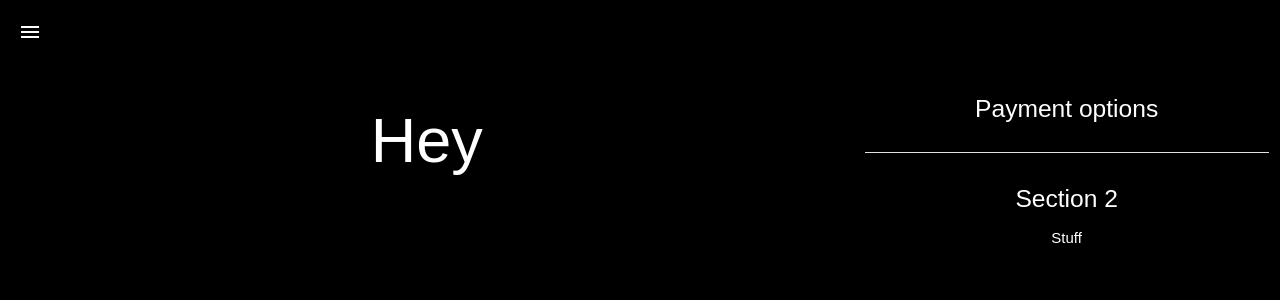
Repository: Ajtheult/final-project
Page: /cart
These files come from the project's save history. The page is drawn as it stood at one moment and after the next save; the edit follows.
The browser window is 1280 px wide. The pictures show the whole page.
Some web fonts or font styles are not loaded; a fallback is used. Some web libraries are served in a nearby version. The project was rebuilt for these pictures with package versions that can differ from the ones it lists, and the page was loaded fresh each time. Also part of the build but not shown: src/layout/pages/LandingPage.js, src/layout/pages/About.js, src/layout/pages/catalogue/Keys.js, src/layout/pages/catalogue/String.js, src/layout/pages/catalogue/Woodwind.js, src/layout/pages/catalogue/Percussion.js, src/layout/pages/login/Login.js, src/layout/pages/login/NewSignUp.js.

Above is the page before, as saved 2020-07-23 10:26:05.

### public/index.html
<!DOCTYPE html>
<html lang="en">
  <head>
    <meta charset="utf-8" />
    <link rel="icon" type="image/png" href="favicon.png" />
    <meta name="viewport" content="width=device-width, initial-scale=1" />
    <meta name="theme-color" content="#000000" />
    <meta
      name="description"
      content="Web site created using create-react-app"
    />

    <link rel="manifest" href="%PUBLIC_URL%/manifest.json" />

    <link
      rel="stylesheet"
      href="https://fonts.googleapis.com/icon?family=Material+Icons"
    />
    <link
      rel="stylesheet"
      href="https://cdnjs.cloudflare.com/ajax/libs/animate.css/4.0.0/animate.min.css"
    />
    <link
      href="https://fonts.googleapis.com/css2?family=Gruppo&family=Qwigley&display=swap"
      rel="stylesheet"
    />

    <title>Ling Ling 40 Hours</title>
  </head>
  <body>
    <noscript>You need to enable JavaScript to run this app.</noscript>
    <div id="root"></div>
  </body>
</html>

### src/index.js
import React from "react";
import ReactDOM from "react-dom";

import "materialize-css/dist/css/materialize.min.css";

import App from "./App";

ReactDOM.render(
  <React.StrictMode>
    <App />
  </React.StrictMode>,
  document.getElementById("root")
);

### src/App.js
import React from "react";
import "./App.css";
import Navbar from "./layout/nav/Navbar";
import LandingPage from "./layout/pages/LandingPage";
import About from "./layout/pages/About";
import Keys from "./layout/pages/catalogue/Keys";
import String from "./layout/pages/catalogue/String";
import Woodwind from "./layout/pages/catalogue/Woodwind";
import Percussion from "./layout/pages/catalogue/Percussion";
import Login from "./layout/pages/login/Login";
import Cart from "./layout/pages/Cart";
import NewSignUp from "./layout/pages/login/NewSignUp";

import { BrowserRouter as Router, Switch, Route } from "react-router-dom";

function App() {
  return (
    <Router>
      <div className="App">
        <Navbar />
        <Switch>
          <Route path="/" exact component={LandingPage} />
          <Route path="/about" component={About} />
          <Route path="/login" component={Login} />
          <Route path="/cart" component={Cart} />
          <Route path="/keys" component={Keys} />
          <Route path="/string" component={String} />
          <Route path="/woodwind" component={Woodwind} />
          <Route path="/percussion" component={Percussion} />
          <Route path="/new-sign-up" component={NewSignUp} />
        </Switch>
      </div>
    </Router>
  );
}

export default App;

### src/App.css
.App {
  text-align: center;
}

/* The text colour is white thats why its not showing */

.text-nav {
  margin-left: 55%;
  font-size: 25px;
}

.a-text-nav {
  font-size: 25px;
}

.size {
  font-size: 30px;
}

img.bg {
  /* Set rules to fill background */
  min-height: 100%;
  min-width: 1024px;

  /* Set up proportionate scaling */
  width: 100%;
  height: auto;

  /* Set up positioning */
  position: fixed;
  top: 0;
  left: 0;
  z-index: -1;
}

div.admin-bg {
  /* Set rules to fill background */
  min-height: 100%;
  min-width: 1024px;

  /* Set up proportionate scaling */
  width: 100%;
  height: auto;

  /* Set up positioning */
  position: fixed;
  top: 0;
  left: 0;
  z-index: -1;
  background-color: black;
}

@media screen and (max-width: 1024px) {
  /* Specific to this particular image */
  img.bg {
    left: 50%;
    margin-left: -512px; /* 50% */
  }

  div.admin-bg {
    left: 50%;
    margin-left: -512px; /* 50% */
  }
}

h1,
h2,
h3,
h4,
h5,
h6,
p {
  color: white;
}

.myback {
  height: 220px;
  width: 300px;
}

.centered {
  position: absolute;
  top: 40%;
  left: 50%;
  transform: translate(-50%, -50%);
  font-size: 140px;
  font-family: "Qwigley", cursive;
  color: rgb(255, 255, 255);
}
/* Login-Start */
body {
  font-family: sans-serif;
  background-color: black;
  background-size: cover;
}

.sign {
  text-align: left;
  margin-left: 20px;
  font-size: 22px;
  font-family: serif;
  color: black;
}
.my_login-box {
  width: 300px;
  position: absolute;
  top: 50%;
  left: 50%;
  transform: translate(-50%, -50%);
}

.my_login-box h1 {
  font-size: 30px;
  margin-bottom: 30px;
  padding: 5px;
  font-family: Times, serif;
  color: black;
}

.my_textbox {
  width: 100%;
  overflow: hidden;
  font-size: 20px;
  padding: 8px;
  margin: 8px;
}

.my_textbox input {
  border: none;
  outline: none;
  background: none;
  color: white;
  font-size: 18px;
  width: 80%;
  float: left;
  margin: 0 10px;
}

.my_btn {
  width: 100%;
  background-color: black;
  border: 10px solid black;
  color: rgb(255, 255, 255);
  padding: 5px;
  font-size: 18px;
  cursor: pointer;
  margin: 12px;
}
/* Login-End */

.colour_of_about_text {
  color: white;
  font-size: 30px;
}

.text-colour {
  color: black;
}

.move_down {
  margin-top: 50%;
}

.card_text_colour {
  color: black;
  font-size: 18px;
  text-align: left;
}

.price {
  margin-top: -10px;
  text-align: left;
}

.cart-btn {
  margin-top: 10px;
}

.headings_popup {
  text-align: left;
}

.instrument_sections {
  color: black;
  font-family: "Qwigley", cursive;
  font-size: 80px;
  margin-top: -5px;
  text-shadow: 2px 0 0 #fff, -2px 0 0 #fff, 0 2px 0 #fff, 0 -2px 0 #fff,
    1px 1px #fff, -1px -1px 0 #fff, 1px -1px 0 #fff, -1px 1px 0 #fff;
}

.about {
  font-family: "Qwigley", cursive;
  font-size: 180px;
  color: black;
  text-shadow: 2px 0 0 #fff, -2px 0 0 #fff, 0 2px 0 #fff, 0 -2px 0 #fff,
    1px 1px #fff, -1px -1px 0 #fff, 1px -1px 0 #fff, -1px 1px 0 #fff;
}

.questions {
  font-family: "Gruppo", cursive;
}

.move_this_up {
  margin-top: -10px;
}

.move_my_products {
  margin-top: -70px;
}

.about_us_move {
  margin-left: 50%;
  margin-top: 19%;
  position: absolute;
  padding: 20px;
  transform: translate(-50%, -50%);
}

.gender_colour {
  color: black;
}

.the_container {
  width: 50%;
}

.move_this_row {
  margin-top: -80px;
}

.sign_up_head {
  font-family: "Qwigley", cursive;
  font-size: 100px;
  color: black;
  text-shadow: 2px 0 0 #fff, -2px 0 0 #fff, 0 2px 0 #fff, 0 -2px 0 #fff,
    1px 1px #fff, -1px -1px 0 #fff, 1px -1px 0 #fff, -1px 1px 0 #fff;
}

### src/layout/nav/Navbar.js
/* eslint-disable jsx-a11y/anchor-is-valid */
import React, { Component } from "react";
import M from "materialize-css/dist/js/materialize.min.js";
import "../../App.css";
import logo from "./logo.jpg";
import mybackground from "./mybackground.jpg";
import { Link } from "react-router-dom";

export class Navbar extends Component {
  componentDidMount() {
    document.addEventListener("DOMContentLoaded", function () {
      var elems = document.querySelectorAll(".sidenav");
      // eslint-disable-next-line
      var instances = M.Sidenav.init(elems, {});
    });
  }

  render() {
    return (
      <div>
        <nav>
          <div className="nav-wrapper black">
            <a
              data-target="slide-out"
              className="sidenav-trigger show-on-large"
            >
              <i className="material-icons">menu</i>
            </a>
          </div>
        </nav>
        <ul id="slide-out" className="sidenav">
          <li>
            <div className="user-view">
              <div className="background">
                <img src={mybackground} className="myback" alt="background" />
              </div>
              <a href="/">
                <img className="circle" src={logo} alt="logo" />
              </a>

              <span className="white-text name size">40 hours</span>
              <br />
            </div>
          </li>
          <Link to="/">
            <li>Home</li>
          </Link>
          <Link to="/about">
            <li>About Us</li>
          </Link>
          <li>
            <div className="divider"></div>
          </li>

          <li>
            <div className="subheader">User</div>
          </li>

          <Link to="/login">
            <li>Login</li>
          </Link>
          <Link to="/new-sign-up">
            <li>Sign up</li>
          </Link>

          <Link to="/cart">
            <li>Cart</li>
          </Link>
          <li>
            <div className="divider"></div>
          </li>

          <li>
            <div className="subheader">Catalogue</div>
          </li>

          <Link to="/keys">
            <li>Keys</li>
          </Link>
          <Link to="/string">
            <li>String</li>
          </Link>
          <Link to="/woodwind">
            <li>Woodwind</li>
          </Link>
          <Link to="/percussion">
            <li>Percussion</li>
          </Link>
          <li>
            <div className="divider"></div>
          </li>
          <li>
            <div className="subheader">My Portfolio</div>
          </li>
          <li>
            <a
              className="waves-effect"
              href="https://ajtheult.github.io/portfolio-v3/"
            >
              Asaph Franks
            </a>
          </li>
        </ul>
      </div>
    );
  }
}

export default Navbar;

### src/layout/pages/Cart.js
import React from "react";

const Cart = () => {
  return (
    <div className="">
      <div class="row">
        <div class="col s8">
          <h1>Hey</h1>
        </div>

        <div class="col s4">
          <div class="section">
            <h5>Payment options</h5>
            <p className="white">
              <i class="fab fa-cc-paypal"></i>
              <i class="fab fa-cc-visa"></i>
              {/* paypal, visa */}
            </p>
          </div>
          <div class="divider"></div>
          <div class="section">
            <h5>Section 2</h5>
            <p>Stuff</p>
          </div>
        </div>
      </div>
    </div>
  );
};

export default Cart;

After the next save:
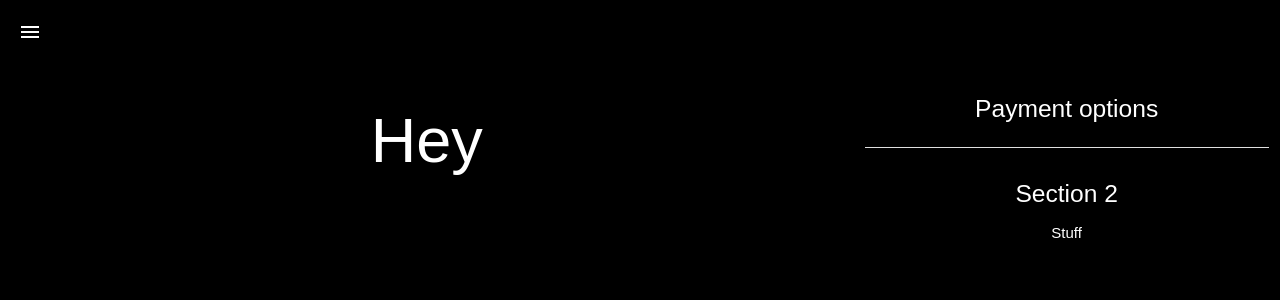
Saved 17 s later.
--- a/src/layout/pages/Cart.js
+++ b/src/layout/pages/Cart.js
@@ -11,11 +11,11 @@ const Cart = () => {
         <div class="col s4">
           <div class="section">
             <h5>Payment options</h5>
-            <p className="white">
+            <div>
               <i class="fab fa-cc-paypal"></i>
               <i class="fab fa-cc-visa"></i>
               {/* paypal, visa */}
-            </p>
+            </div>
           </div>
           <div class="divider"></div>
           <div class="section">
